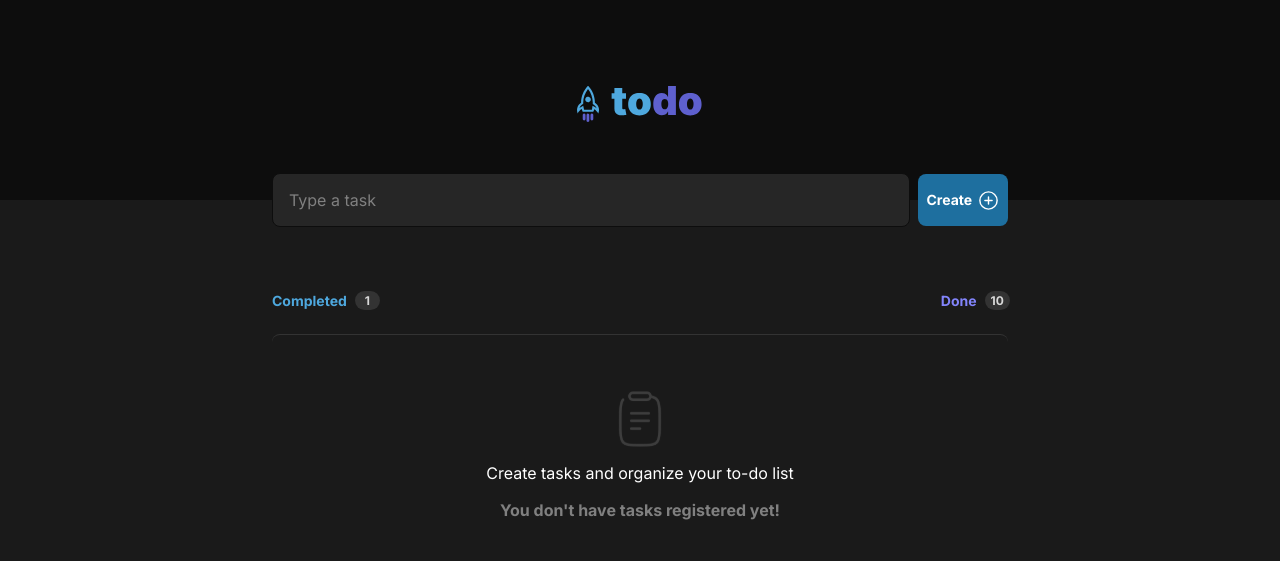
Repository: JoseGu1llardi/to-do-list-D01
Page: /
The author's editor kept a copy of each file at every save. The page is drawn from the files as they stood at one save, then again after the next save.
The browser window is 1280 px wide. The pictures show the whole page.
The project was rebuilt for these pictures with package versions that can differ from the ones it lists, and the page was loaded fresh each time. Also part of the build but not shown: vite.config.ts.

Above is the page before, as saved 2023-03-11 19:18:12.

After the next save:
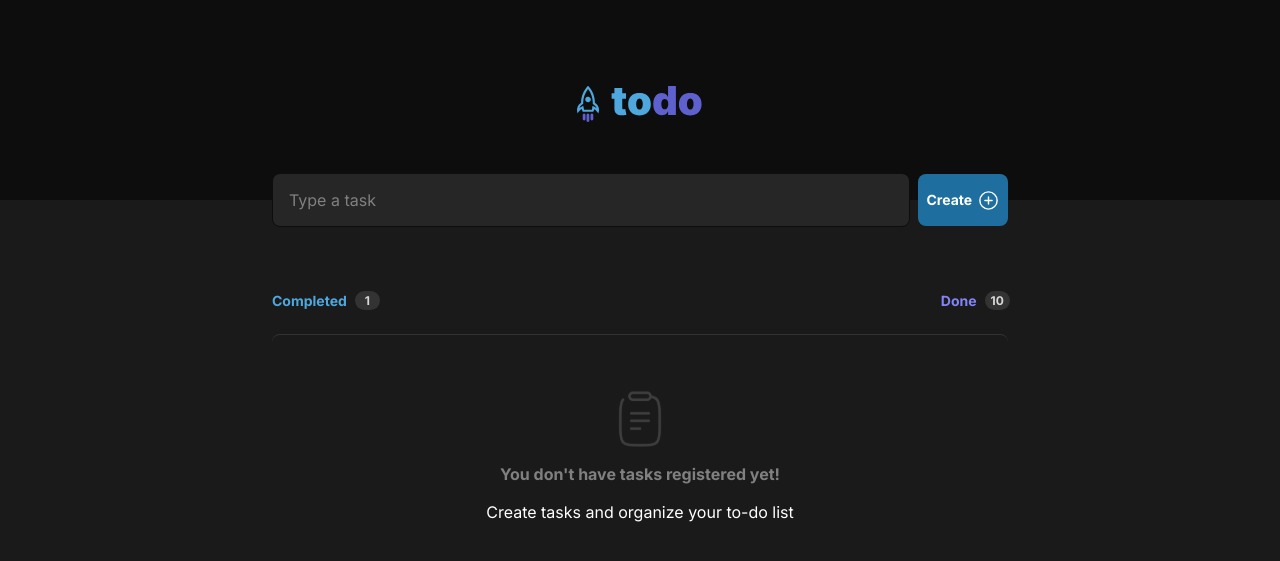
Saved 102 s later.
--- a/src/components/Tasks/styles.module.css
+++ b/src/components/Tasks/styles.module.css
@@ -145,7 +145,6 @@
   color: var(--gray-300);
 
   flex: none;
-  order: 1;
   align-self: stretch;
   flex-grow: 0;
 }
